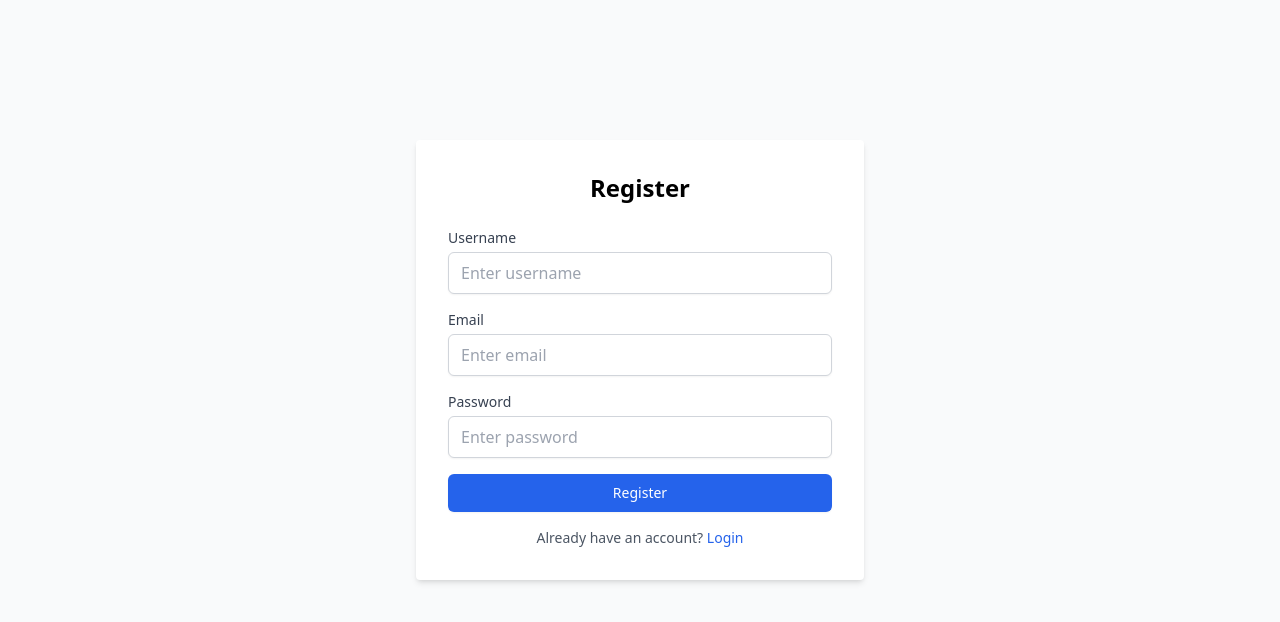
Repository: namandubey-0209/Todo
Page: /register (app in frontend/)
An editor plug-in stored every save of this project. The page is shown before and after a run of saves, followed by the edit.
The browser window is 1280 px wide. The pictures show the whole page.
The page's requests for data from a server got no answer. The project was rebuilt for these pictures with package versions that can differ from the ones it lists, and the page was loaded fresh each time. No one was signed in, and anything a server would have sent is missing. Also part of the build but not shown: frontend/vite.config.js, frontend/src/api/todos.js, frontend/src/hooks/useTodos.js, frontend/src/components/todos/TodoForm.jsx, frontend/src/components/todos/TodoItem.jsx, frontend/src/components/todos/TodoList.jsx, frontend/src/pages/Dashboard.jsx, frontend/src/pages/Login.jsx and 1 more.

Above is the page before, as saved 2025-04-06 12:19:35.

### frontend/index.html
<!doctype html>
<html lang="en">
  <head>
    <meta charset="UTF-8" />
    <link rel="icon" type="image/svg+xml" href="/vite.svg" />
    <meta name="viewport" content="width=device-width, initial-scale=1.0" />
    <title>Todo App</title>
    <link rel="preconnect" href="https://fonts.googleapis.com">
<link rel="preconnect" href="https://fonts.gstatic.com" crossorigin>
<link href="https://fonts.googleapis.com/css2?family=Inter:ital,opsz,wght@0,14..32,100..900;1,14..32,100..900&family=Press+Start+2P&display=swap" rel="stylesheet">
<link rel="stylesheet" href="https://cdnjs.cloudflare.com/ajax/libs/font-awesome/6.7.2/css/all.min.css" integrity="sha512-Evv84Mr4kqVGRNSgIGL/F/aIDqQb7xQ2vcrdIwxfjThSH8CSR7PBEakCr51Ck+w+/U6swU2Im1vVX0SVk9ABhg==" crossorigin="anonymous" referrerpolicy="no-referrer" />
  </head>
  <body>
    <div id="root"></div>
    <script type="module" src="/src/main.jsx"></script>
  </body>
</html>

### frontend/src/main.jsx
import React from 'react';
import ReactDOM from 'react-dom/client';
import App from './App';
import './styles/index.css';

ReactDOM.createRoot(document.getElementById('root')).render(
  <React.StrictMode>
    <App />
  </React.StrictMode>
);

### frontend/src/App.jsx
import { BrowserRouter, Routes, Route } from 'react-router-dom'
import { AuthProvider } from './context/AuthContext'
import Dashboard from './pages/Dashboard'
import Login from './pages/Login'
import Register from './pages/Register'
import ProtectedRoute from './pages/ProtectedRoute'

export default function App() {
  return (
    <AuthProvider>
      <BrowserRouter>
        <Routes>
          <Route path="/login" element={<Login />} />
          <Route path="/register" element={<Register />} />
          <Route element={<ProtectedRoute />}>
            <Route path="/" element={<Dashboard />} />
          </Route>
        </Routes>
      </BrowserRouter>
    </AuthProvider>
  )
}

### frontend/src/styles/index.css
@tailwind base;
@tailwind components;
@tailwind utilities;

/* Custom styles */
.todo-completed {
  @apply line-through text-gray-500;
}

### frontend/src/context/AuthContext.jsx
import { createContext, useState } from 'react';
import { login as apiLogin, register as apiRegister } from '../api/auth';

export const AuthContext = createContext();

export const AuthProvider = ({ children }) => {
  const [user, setUser] = useState(null);
  const [token, setToken] = useState(localStorage.getItem('token'));

  const login = async (email, password) => {
    try {
      const { data } = await apiLogin({ email, password }); // Make sure this matches your API response
      localStorage.setItem('token', data.token);
      setToken(data.token);
      setUser(data.user);
      return data; // Return the data for handling in the component
    } catch (error) {
      console.error('Login failed:', error);
      throw error; // Re-throw to handle in the component
    }
  };
  const register = async (username, email, password) => {
    const { token, user } = await apiRegister({ username, email, password });
    localStorage.setItem('token', token);
    setToken(token);
    setUser(user);
  };

  const logout = () => {
    localStorage.removeItem('token');
    setToken(null);
    setUser(null);
  };

  return (
    <AuthContext.Provider value={{ user, token, login, register, logout }}>
      {children}
    </AuthContext.Provider>
  );
};

### frontend/src/pages/Register.jsx
import { useState } from 'react'
import { useAuth } from '../hooks/useAuth'
import AuthForm from '../components/auth/AuthForm'
import AuthToggle from '../components/auth/AuthToggle'

export default function Register() {
  const { register } = useAuth()
  const [error, setError] = useState('')

  const handleRegister = async (username, email, password) => {
    try {
      await register(username, email, password)
    } catch (err) {
      setError('Registration failed - user may already exist')
    }
  }

  return (
    <div className="min-h-screen flex items-center justify-center bg-gray-50">
      <div className="bg-white p-8 rounded shadow-md w-full max-w-md">
        <h1 className="text-2xl font-bold mb-6 text-center">Register</h1>
        <AuthForm isLogin={false} onSubmit={handleRegister} error={error} />
        <AuthToggle isLogin={false} />
      </div>
    </div>
  )
}

### frontend/src/api/auth.js
import api from './axios'

export const register = (userData) => api.post('/auth/register', userData)
export const login = (credentials) => api.post('/auth/login', credentials)
export const logout = () => localStorage.removeItem('token')

### frontend/src/components/auth/AuthForm.jsx
import { useState } from 'react'

export default function AuthForm({ isLogin, onSubmit, error }) {
  const [formData, setFormData] = useState({
    username: '',
    email: '',
    password: ''
  })

  const handleSubmit = (e) => {
    e.preventDefault()
    if (isLogin) {
      onSubmit(formData.email, formData.password)
    } else {
      onSubmit(formData.username, formData.email, formData.password)
    }
  }

  return (
    <form onSubmit={handleSubmit} className="space-y-4">
      {!isLogin && (
        <div>
          <label className="block text-sm font-medium text-gray-700">Username</label>
          <input
            type="text"
            placeholder="Enter username"
            value={formData.username}
            onChange={(e) => setFormData({...formData, username: e.target.value})}
            className="mt-1 block w-full px-3 py-2 border border-gray-300 rounded-md shadow-sm focus:outline-none focus:ring-blue-500 focus:border-blue-500"
            required
          />
        </div>
      )}

      <div>
        <label className="block text-sm font-medium text-gray-700">Email</label>
        <input
          type="email"
          placeholder="Enter email"
          value={formData.email}
          onChange={(e) => setFormData({...formData, email: e.target.value})}
          className="mt-1 block w-full px-3 py-2 border border-gray-300 rounded-md shadow-sm focus:outline-none focus:ring-blue-500 focus:border-blue-500"
          required
        />
      </div>

      <div>
        <label className="block text-sm font-medium text-gray-700">Password</label>
        <input
          type="password"
          placeholder="Enter password"
          value={formData.password}
          onChange={(e) => setFormData({...formData, password: e.target.value})}
          className="mt-1 block w-full px-3 py-2 border border-gray-300 rounded-md shadow-sm focus:outline-none focus:ring-blue-500 focus:border-blue-500"
          required
        />
      </div>

      {error && <p className="text-red-500 text-sm">{error}</p>}

      <button
        type="submit"
        className="w-full flex justify-center py-2 px-4 border border-transparent rounded-md shadow-sm text-sm font-medium text-white bg-blue-600 hover:bg-blue-700 focus:outline-none focus:ring-2 focus:ring-offset-2 focus:ring-blue-500"
      >
        {isLogin ? 'Sign in' : 'Register'}
      </button>
    </form>
  )
}

### frontend/src/components/auth/AuthToggle.jsx
import { Link } from 'react-router-dom'

export default function AuthToggle({ isLogin }) {
  return (
    <p className="mt-4 text-center text-sm text-gray-600">
      {isLogin ? (
        <>Don't have an account? <Link to="/register" className="font-medium text-blue-600 hover:text-blue-500">Register</Link></>
      ) : (
        <>Already have an account? <Link to="/login" className="font-medium text-blue-600 hover:text-blue-500">Login</Link></>
      )}
    </p>
  )
}

### frontend/src/api/axios.js
import axios from 'axios'

const api = axios.create({
  baseURL: import.meta.env.VITE_API_URL || 'http://localhost:5000/api'
})

api.interceptors.request.use(config => {
  const token = localStorage.getItem('token')
  if (token) config.headers.Authorization = `Bearer ${token}`
  return config
})

api.interceptors.response.use(
  response => response,
  error => {
    if (error.response?.status === 401) {
      localStorage.removeItem('token')
      window.location.href = '/login'
    }
    return Promise.reject(error)
  }
)

export default api

Loaded but not shown: frontend/src/hooks/useAuth.js (common file); frontend/tailwind.config.js (common file)

After the next 2 saves:
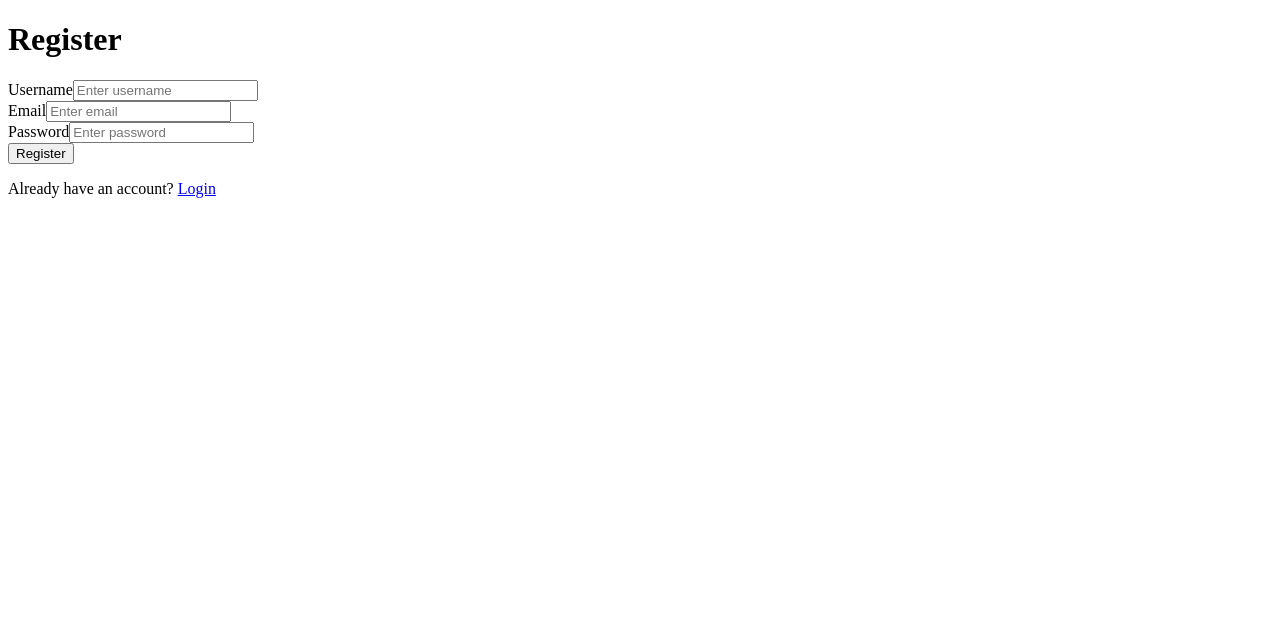
The 2 saves are shown as one change because they came seconds apart.
The last was saved 36 s later.
--- a/frontend/src/main.jsx
+++ b/frontend/src/main.jsx
@@ -1,7 +1,7 @@
 import React from 'react';
 import ReactDOM from 'react-dom/client';
 import App from './App';
-import './styles/index.css';
+import './';
 
 ReactDOM.createRoot(document.getElementById('root')).render(
   <React.StrictMode>

After the 5 saves that followed:
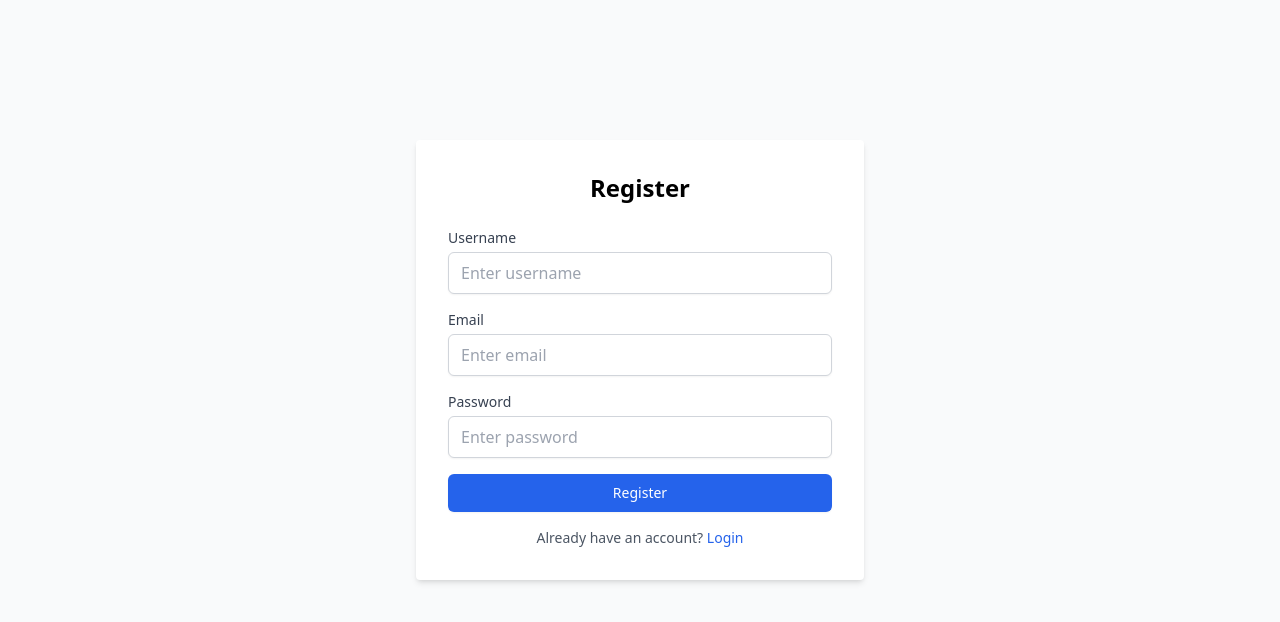
The 5 saves are shown as one change because they came seconds apart.
The last was saved 15 s later.
--- a/frontend/src/main.jsx
+++ b/frontend/src/main.jsx
@@ -1,7 +1,7 @@
 import React from 'react';
 import ReactDOM from 'react-dom/client';
 import App from './App';
-import './';
+import './styles/index.css';
 
 ReactDOM.createRoot(document.getElementById('root')).render(
   <React.StrictMode>
